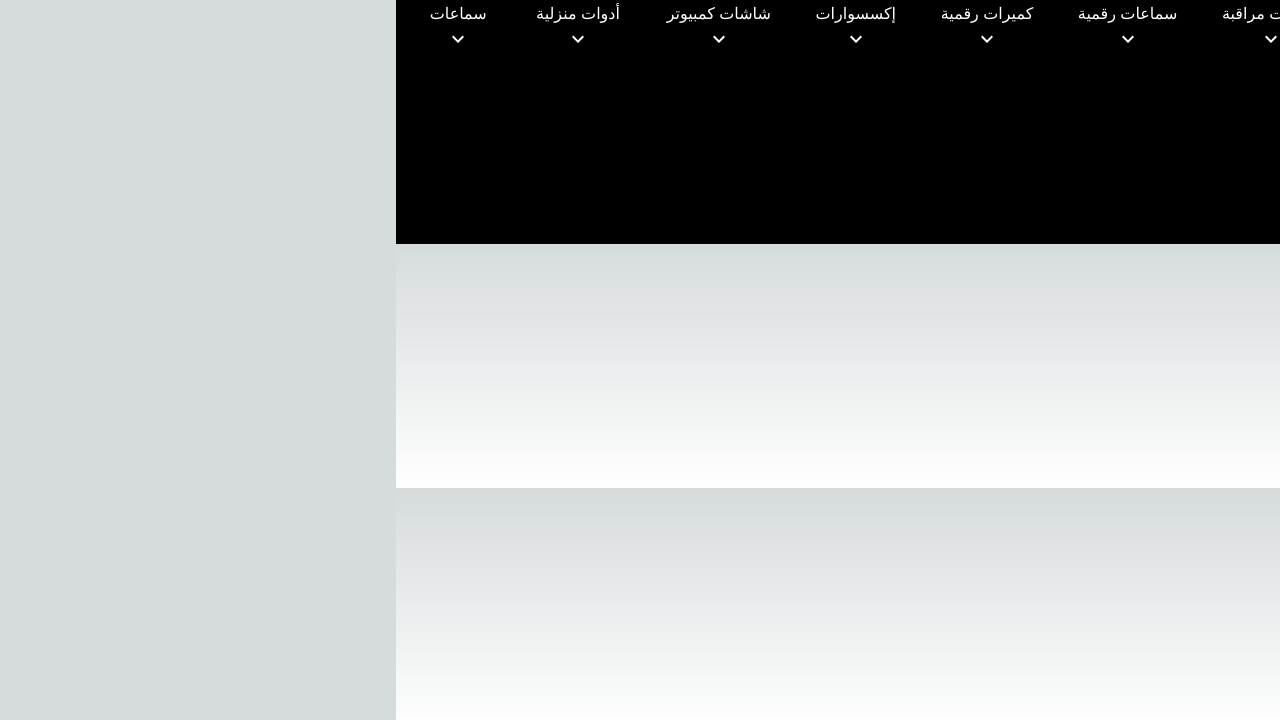
Repository: waelkamira/ourStore
Page: /home (app in store/)
The author's editor kept a copy of each file at every save. The page is drawn from the files as they stood at one save, then again after the next save.
The browser window is 1280 px wide. The pictures show the whole page.
The project was rebuilt for these pictures with package versions that can differ from the ones it lists, and the page was loaded fresh each time. The framework's server and built-in components were replaced by stand-ins that run in the browser. Also part of the build but not shown: store/next.config.js.

Above is the page before, as saved 2023-08-20 17:02:06.

After the next save:
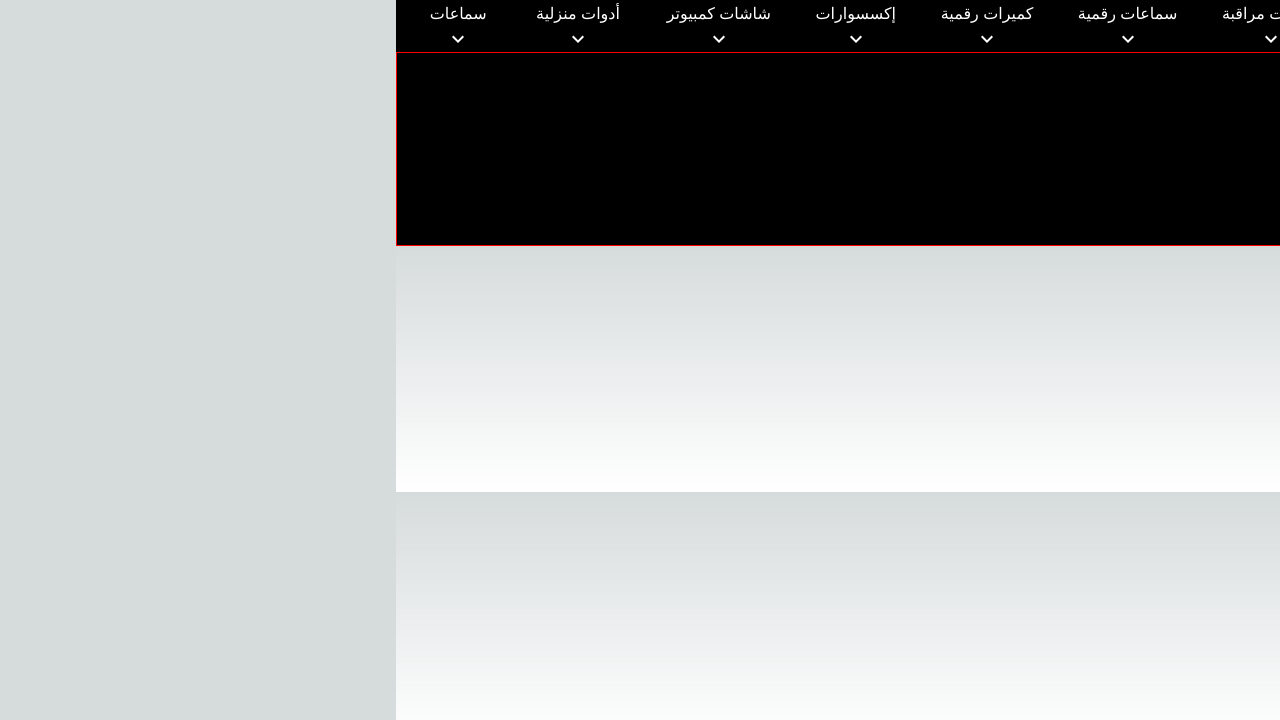
Saved 27 s later.
--- a/store/components/home/slidShow/SlidShow.tsx
+++ b/store/components/home/slidShow/SlidShow.tsx
@@ -2,7 +2,7 @@ import Carousel from "react-bootstrap/Carousel";
 
 function UncontrolledExample() {
   return (
-    <Carousel>
+    <Carousel style={{ border: "1px solid red" }}>
       <Carousel.Item>
         <Carousel.Caption>
           <h3>First slide label</h3>
